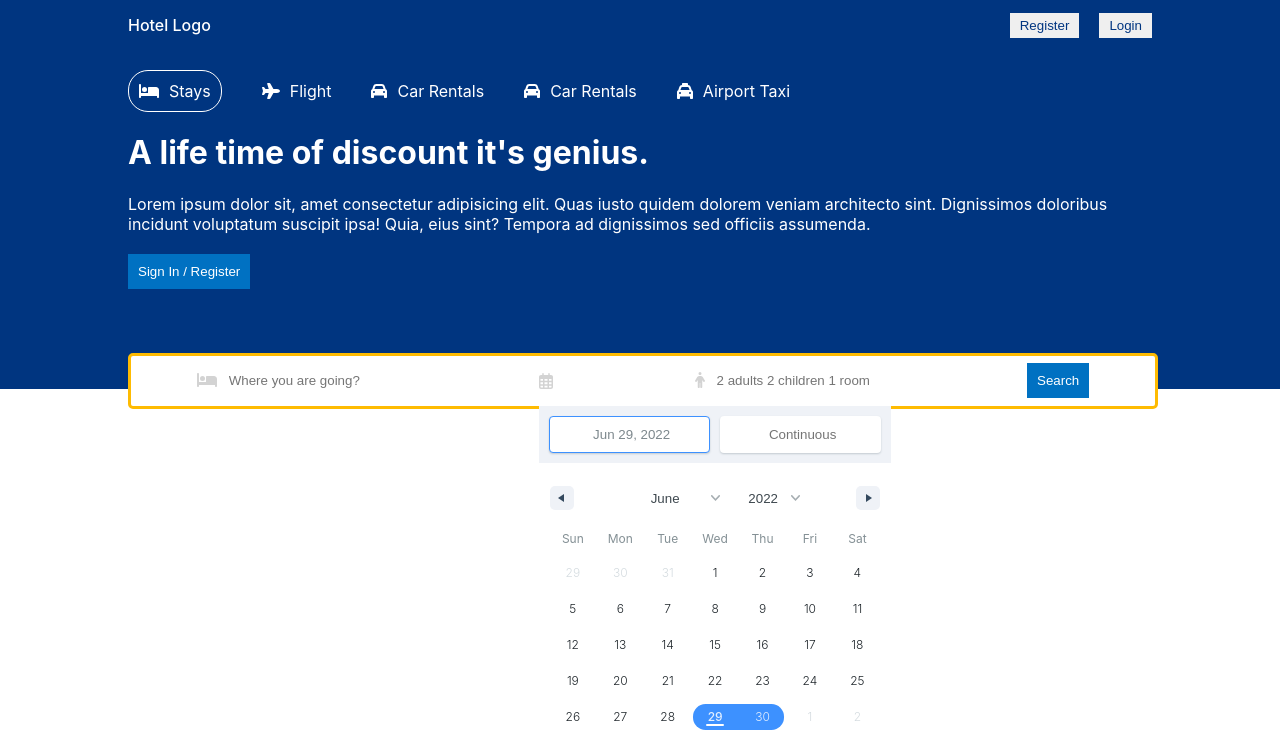
Repository: shikubro90/Booking-App
Page: /
These files come from the project's save history. The page is drawn as it stood at one moment and after a run of saves; the edit follows.
The browser window is 1280 px wide. The pictures show the whole page.
The project was rebuilt for these pictures with package versions that can differ from the ones it lists, and the page was loaded fresh each time. Also part of the build but not shown: src/App.css, src/pages/Hotels/Hotels.jsx. Imported but missing from the stored project, and not drawn on this page: src/pages/List/List.

Above is the page before, as saved 2022-06-29 01:11:50.

### src/App.js
import './App.css';
import {
  BrowserRouter,
  Routes,
  Route,
} from "react-router-dom";

import Home from './pages/Home/Home';
import List from './pages/List/List';
import Hotels from './pages/Hotels/Hotels';

function App() {
  return (
    <BrowserRouter>
      <Routes>
        <Route path='/' element={<Home/>}/>
        <Route path='hotels' element={<List/>}/>
        <Route path='hotels/:id' element={<Hotels/>}/>
      </Routes>
    </BrowserRouter>
  );
}

export default App;

### src/pages/Home/Home.jsx
import React from 'react';
import Header from '../../components/Header/Header';
import Navbar from '../../components/Navbar/Navbar';

const Home = () => {
    return (
        <div>
            <Navbar/>
            <Header/>
        </div>
    );
};

export default Home;

### src/components/Header/Header.jsx
import { faCalendarDays } from '@fortawesome/free-regular-svg-icons';
import { faBed, faCar, faPerson, faPlane, faTaxi } from '@fortawesome/free-solid-svg-icons';
import { FontAwesomeIcon } from '@fortawesome/react-fontawesome';
import { useState } from 'react';
import { DateRange } from 'react-date-range';
import 'react-date-range/dist/styles.css'; // main style file
import 'react-date-range/dist/theme/default.css'; // theme css file
import './Header.css';

const Header = () => {

    const [date, setDate] = useState([
        {
            startDate : new Date(),
            endDate : null,
            key : "selection"
        }
    ])

    return (
        <div className="header">
            <div className="headerContainer">
                <div className="headerList">
                    <div className="headerListItem active">
                        <FontAwesomeIcon icon={faBed} />
                        <span>Stays</span>
                    </div>
                    <div className="headerListItem">
                        <FontAwesomeIcon icon={faPlane} />
                        <span>Flight</span>
                    </div>
                    <div className="headerListItem">
                        <FontAwesomeIcon icon={faCar} />
                        <span>Car Rentals</span>
                    </div>
                    <div className="headerListItem">
                        <FontAwesomeIcon icon={faCar} />
                        <span>Car Rentals</span>
                    </div>
                    <div className="headerListItem">
                        <FontAwesomeIcon icon={faTaxi} />
                        <span>Airport Taxi</span>
                    </div>
                </div>
                {/* End headerListing */}

                <h1 className="headerTitle">
                    A life time of discount it's genius.
                </h1>
                <div className="headerDescription">
                    Lorem ipsum dolor sit, amet consectetur adipisicing elit. Quas iusto quidem dolorem veniam architecto sint. Dignissimos doloribus incidunt voluptatum suscipit ipsa! Quia, eius sint? Tempora ad dignissimos sed officiis assumenda.
                </div>
                <button className='headerButton'>Sign In / Register</button>

                <div className="headerSearch">
                    <div className="headerSearchItem">
                        <FontAwesomeIcon icon={faBed} className="headerIcon" />
                        <input type="text" placeholder='Where you are going?' className='headerSearchInput' />
                    </div>
                    {/* headerSearchItem */}

                    <div className="headerSearchItem">
                        <FontAwesomeIcon icon={faCalendarDays} className="headerIcon" />
                        <span className='headerSearchText'></span>
                        <DateRange
                            editableDateInputs={true}
                            onChange={item => setDate([item.selection])}
                            moveRangeOnFirstSelection={false}
                            ranges={date}
                            className='date'
                            />
                    </div>
                    <div className="headerSearchItem">
                        <FontAwesomeIcon icon={faPerson} className="headerIcon" />
                        <input type="text" placeholder='2 adults 2 children 1 room' className='headerSearchInput' />
                    </div>
                    {/* headerSearchItem */}

                    {/* headerSearchItem */}

                    <div className="headerSearchItem">
                        <button className="headerButton">Search</button>
                    </div>
                    {/* headerSearchItem */}
                </div>
                {/* HeaderSearch */}

            </div>
            {/* End headerContainer */}
        </div>
        // End header
    );
};

export default Header;

### src/components/Navbar/Navbar.jsx
import  './Navbar.css';

const Navbar = () => {
    return (
        <div className='navbar'>
            <div className="navContainer">
                <span className="logo">
                    Hotel Logo
                </span>
                {/* End Logo */}

                <div className="navItems">
                    <button className='navButton'>Register</button>
                    <button className='navButton'>Login</button>
                </div>
            </div>
            {/* End navContainer */}
        </div>
        // End Navbar
    );
};

export default Navbar;

### src/components/Header/Header.css
.header{
    background: #003580;
    color: white;
    display: flex;
    justify-content: center;
    position: relative;
}

.headerContainer{
    width: 100%;
    max-width: 1024px;
    margin: 20px 0 100px 0;
}

.headerList{
    display: flex;
    gap: 40px;
    margin-bottom: 20px;
}

.headerListItem{
    display: flex;
    align-items: center;
    gap: 10px;
}

.headerListItem.active{
    border: 1px solid white;
    padding: 10px;
    border-radius: 20px;
}

.headerDescription{
    margin: 20px 0px;
}

.headerButton{
    background: #0071c2;
    color: white;
    border: none;
    padding: 10px;
}

.headerSearch{
    background: white;
    height: 30px;
    border: 3px solid #febb02;
    display: flex;
    align-items: center;
    justify-content: space-around;
    padding: 10px 0;
    border-radius: 5px;
    position: absolute;
    bottom: -20px;
    width: 100%;
    max-width: 1024px;
}

.headerSearchItem{
    display: flex;
    gap: 10px
    ;
}

.headerSearchText{
    color: lightgray;
    cursor: pointer;
}
.headerSearchInput{
    border: none;
    outline: none;
}

.headerIcon{
    color: lightgray;
}


.date{
    position: absolute;
    top: 50px;
}

### src/components/Navbar/Navbar.css
.navbar{
    height: 50px;
    background-color: #003580;
    display: flex;
    justify-content: center;
}

.navContainer{
    width: 100%;
    max-width: 1024px;
    color: white;
    display: flex;
    align-items: center;
    justify-content: space-between;
}

.logo{
    font-weight: 500;
}

.navButton{
    margin-left: 20px;
    border: none;
    padding: 5px 10px;
    color: #003580;
    cursor: pointer;
}

Loaded but not shown: public/index.html (common file); src/index.js (common file); src/index.css (common file); src/reportWebVitals.js (common file)

After the next 2 saves:
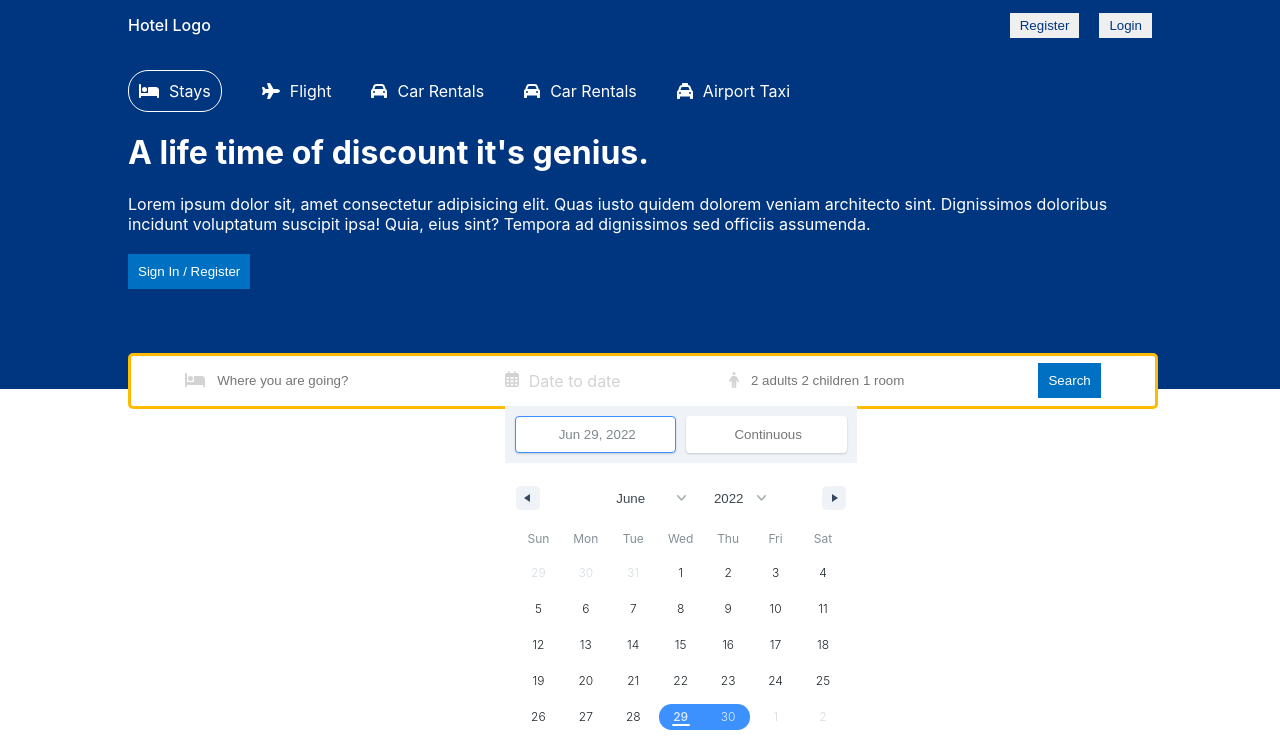
The 2 saves are shown as one change because they came seconds apart.
The last was saved 11 s later.
--- a/src/components/Header/Header.jsx
+++ b/src/components/Header/Header.jsx
@@ -61,7 +61,7 @@ const Header = () => {
 
                     <div className="headerSearchItem">
                         <FontAwesomeIcon icon={faCalendarDays} className="headerIcon" />
-                        <span className='headerSearchText'></span>
+                        <span className='headerSearchText'>Date to date</span>
                         <DateRange
                             editableDateInputs={true}
                             onChange={item => setDate([item.selection])}
